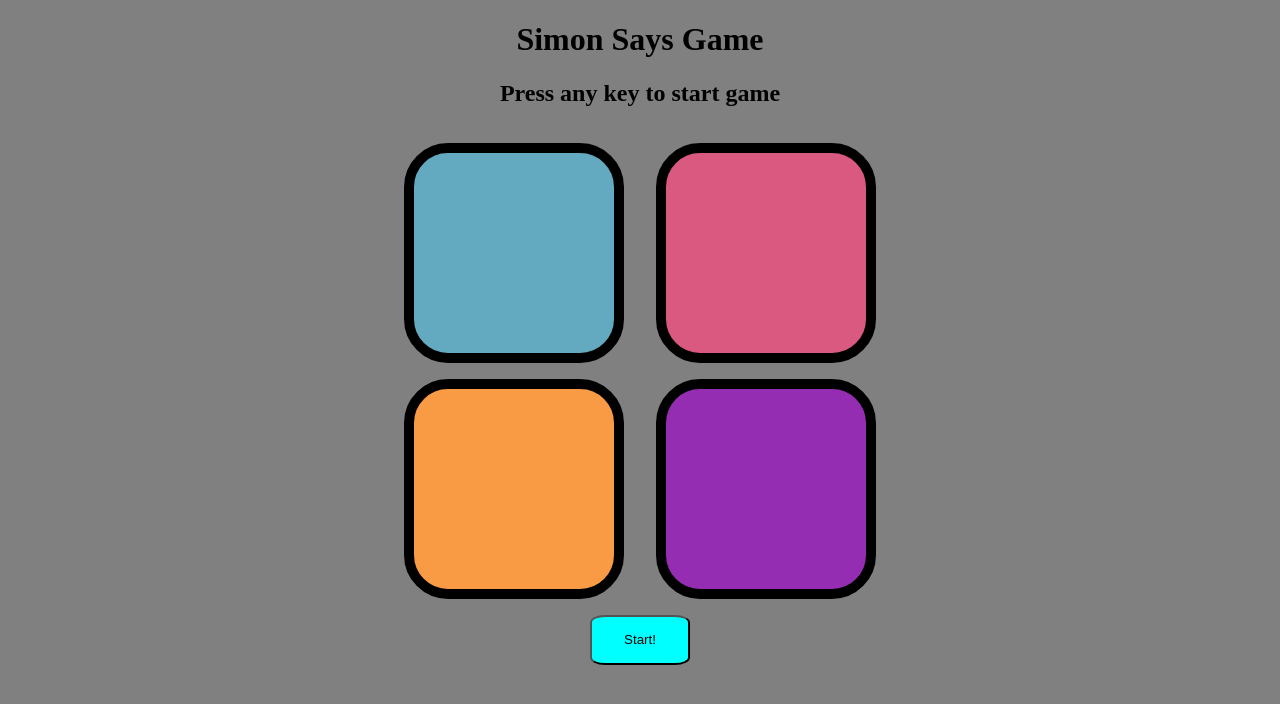
Repository: Ruchii02/javascript-mini-project
Page: index.html
These files come from the project's save history. The page is drawn as it stood at one moment and after the next save; the edit follows.
The browser window is 1280 px wide. The pictures show the whole page.

Above is the page before, as saved 2024-07-02 11:46:02.

### index.html
<!DOCTYPE html>
<html lang="en">
<head>
    <meta charset="UTF-8">
    <meta name="viewport" content="width=device-width, initial-scale=1.0">
    <title>Document</title>
    <link rel="stylesheet" href="style.css">
</head>
<body>
   <h1>Simon Says Game</h1>
   <h2>Press any key to start game</h2>
   <div class="btn-container">
    <div class="fline">
        <div class="btn green" type="button" id="green"></div>
        <div class="btn yellow" type="button" id="yellow"></div>
    </div>
    <div class="sline">
        <div class="btn red" type="button" id="red"></div>
        <div class="btn blue" type="button" id="blue"></div>
    </div>
   </div>
   <button class="sbtn">Start!</button>
   <script src="app.js"></script>
</body>
</html>

### style.css
body{
    text-align: center;
    background-color:gray;
}
.btn{
    height: 200px;
    width: 200px;
    border-radius: 20%;
    border: 10px solid black;
    margin: 1rem;

}
.sbtn{
    height: 50px;
    width: 100px;
    border-radius:15%;
    background-color: aqua;
}
.btn-container{
    display: flex;
    justify-content: center;

}
.yellow{
    background-color:#f99b45;
}
.red{
    background-color:#d95980;
}
.green{
    background-color:#63aac0;
}
.blue{
    background-color:#942db1;
}
.flash{
    background-color: white;
}
.userFlash{
    background-color: rgb(107, 209, 107);
}

### app.js
let gameSeq=[];
let userSeq=[];
 let start = false;
 let level=0;
let btns =["yellow","green","red" , "blue"];
let h2= document.querySelector("h2");

 document.addEventListener("keypress" , function(){
   if(start==false){
    console.log("game started");
    start = true;

     levelup();
   }
 });

 function btnFlash(btn){
    btn.classList.add("flash");
    //let f = document.querySelector(".flash");
    //f.background-color(white);
    setTimeout(function() {
      btn.classList.remove("flash");

    } , 250);
 }
 function userFlash(btn){
  btn.classList.add("userFlash");
  setTimeout(function() {
    btn.classList.remove("userFlash");

  } , 250);
}

 function levelup(){
  userSeq = [];
    level++;
    h2.innerText=`Level ${level}`;
     let ranInd = Math.floor(Math.random()*3);
     let ranCol= btns[ranInd];
     let ranBtn = document.querySelector(`.${ranCol}`);
     gameSeq.push(ranCol);
     btnFlash(ranBtn);
    }

    function checkAns( idx ){
      if(userSeq[idx] === gameSeq[idx]){
       if(userSeq.length == gameSeq.length){
       setTimeout(levelup,1000);
       }
      }else{
        h2.innerText   = `Game Over!<br> Your score was :<b> ${level}</b> <br>Press any key to start`;
        document.querySelector("body").style.backgroundColor = "red";
        setTimeout(function(){
          document.querySelector("body").style.backgroundColor = "gray";
        } , 150)
        reset()
      }


    }

    function btnPress (){
      let btn = this;
      userFlash(btn);
      //console.log("btn was pressed");

      userColor = btn.getAttribute("id");
      userSeq.push(userColor);

      checkAns(userSeq.length-1);

    }

    let allBtns = document.querySelectorAll(".btn");
    for(btn of allBtns){
      btn.addEventListener("click" , btnPress);
    }

    function reset(){
      start = false ;
      gameSeq = [];
      userSeq = [];
      level = 0;
    }

After the next save:
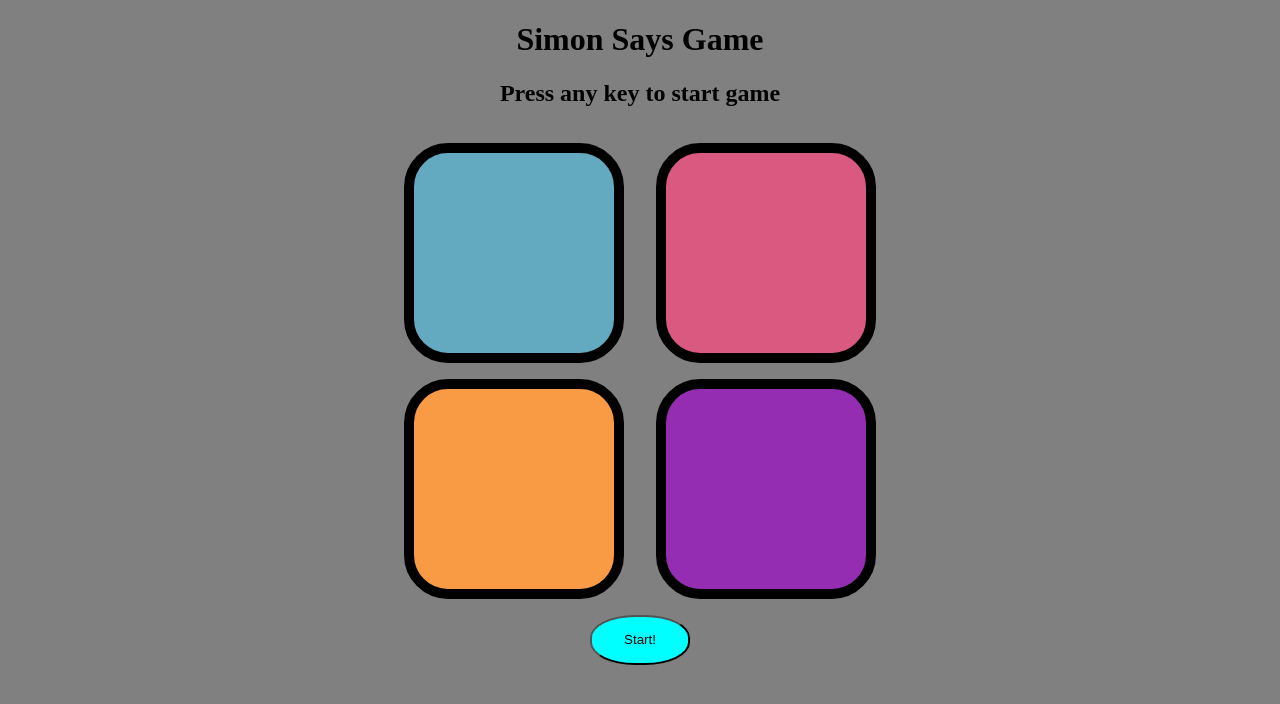
Saved 8 s later.
--- a/style.css
+++ b/style.css
@@ -13,7 +13,7 @@ body{
 .sbtn{
     height: 50px;
     width: 100px;
-    border-radius:15%;
+    border-radius:45%;
     background-color: aqua;
 }
 .btn-container{
